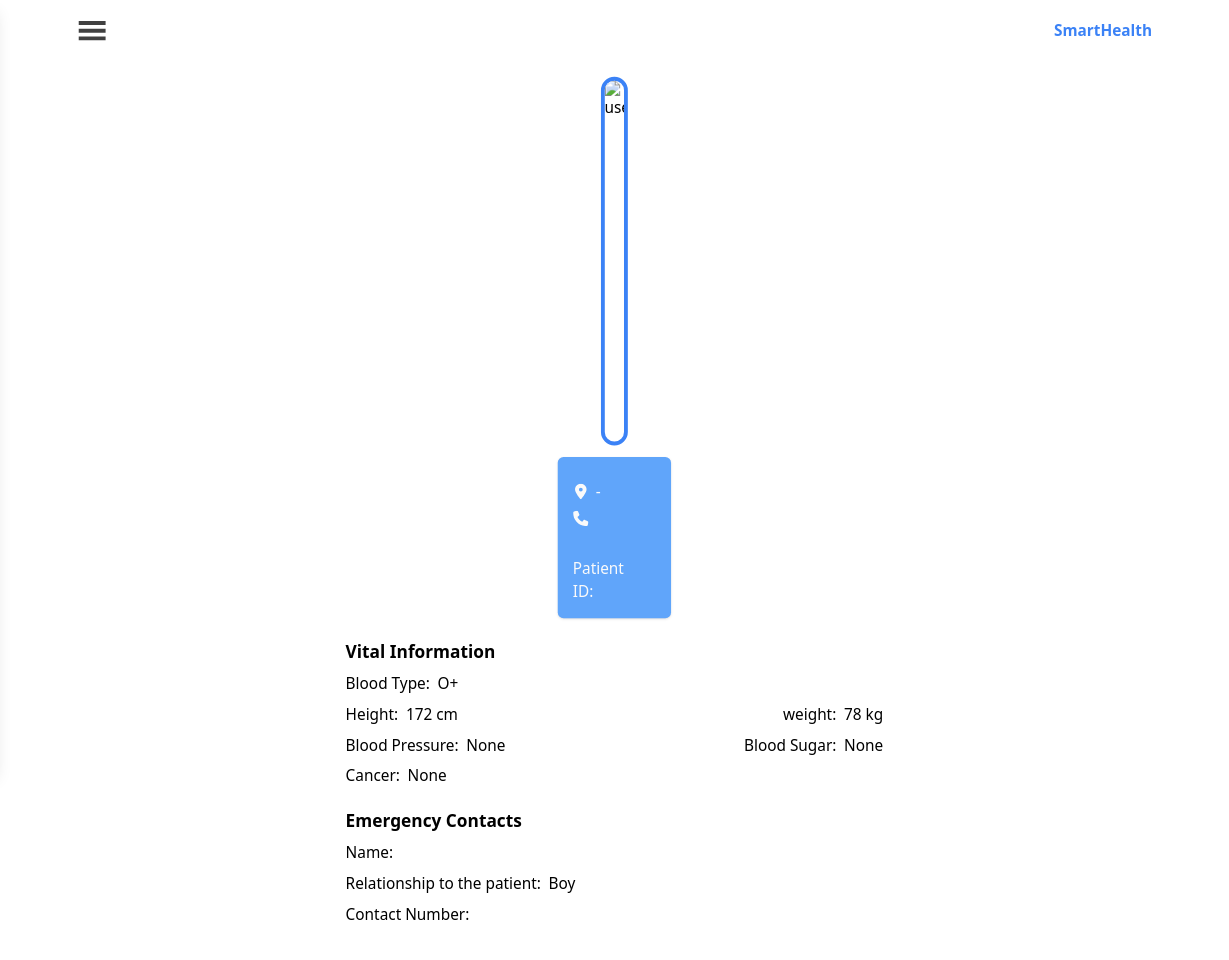
Repository: Sanaa00/HI-user
Page: /home
The author's editor kept a copy of each file at every save. The page is drawn from the files as they stood at one save, then again after the next save.
The browser window is 1280 px wide. The pictures show the whole page, at 96% of full size.
The page's requests for data from a server got no answer. The project was rebuilt for these pictures with package versions that can differ from the ones it lists, and the page was loaded fresh each time. No one was signed in, and anything a server would have sent is missing. Also part of the build but not shown: vite.config.js, src/App.css, src/Components/Pagination.jsx, src/Pages/Prescription.jsx, src/Components/modalComponent.jsx, src/Pages/Laboratory.jsx, src/Pages/Radiographic.jsx, src/Components/InputField.jsx and 2 more.

Above is the page before, as saved 2024-01-12 20:53:12.

After the next save:
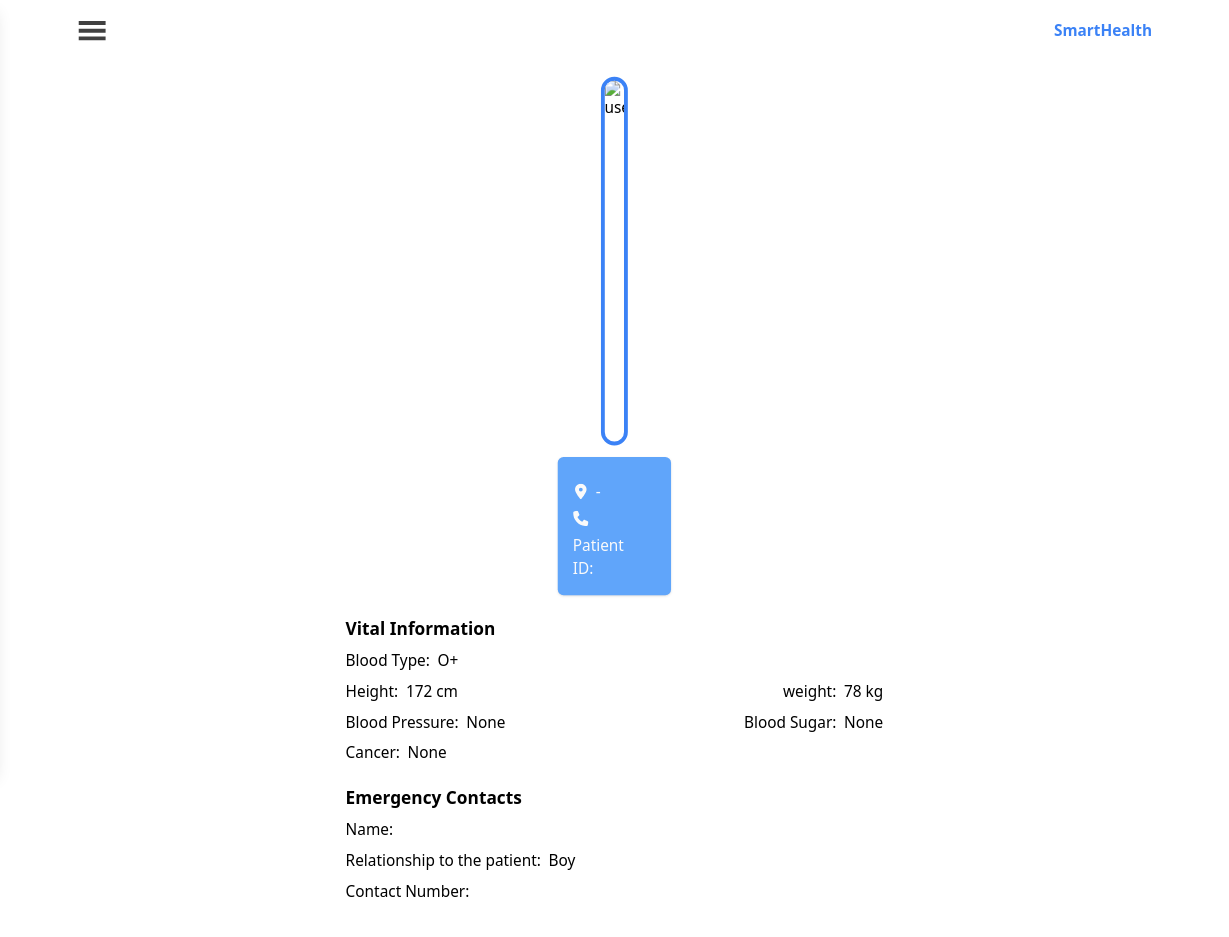
Saved 16 s later.
--- a/src/Pages/Home.jsx
+++ b/src/Pages/Home.jsx
@@ -62,7 +62,7 @@ function Home() {
         </div>
         {/* ****************** */}
         <div className="mt-2 flex justify-between items-center lg:w-1/2">
-          <span>
+          <span className="flex items-center">
             {' '}
             <span>
               <FaPhone />
